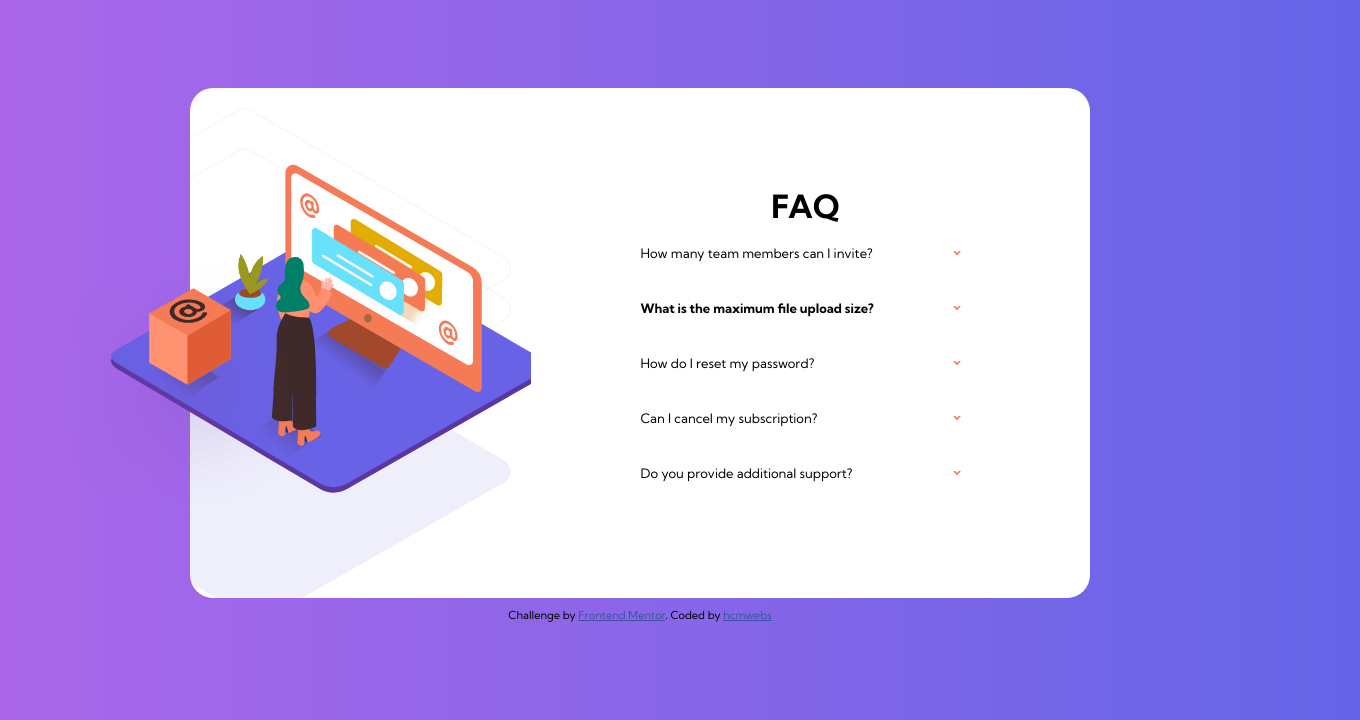
Repository: Hcmwebs/faq-accordion-card
Page: index.html
The author's editor kept a copy of each file at every save. The page is drawn from the files as they stood at one save, then again after the next save.
The browser window is 1280 px wide. The page is 1360 px wide, so the pictures cover 1360 px, including what lies to the right of the window. The pictures show the whole page.
The style sheet was rebuilt from its Sass, Less or Tailwind sources for each picture, by a compiler version that may differ from the author's.

Above is the page before, as saved 2020-11-09 19:34:30.

After the next save:
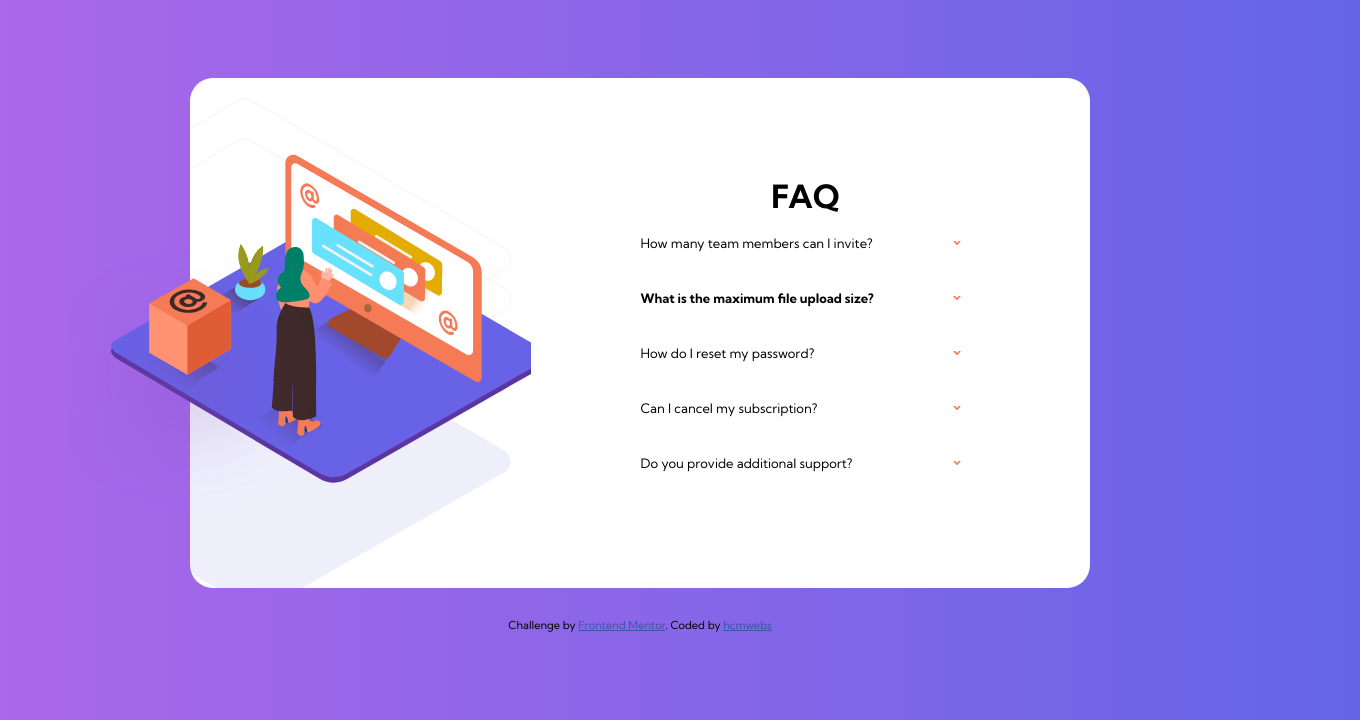
Saved 109 s later.
--- a/scss/_medias.scss
+++ b/scss/_medias.scss
@@ -10,7 +10,8 @@
     .card{
       width: 900px;
       height: 510px;
-      margin: 0;
+      margin-top: 0;
+      margin-bottom: 20px;
       flex-direction: $row;
       background:#fff url(/images/bg-pattern-desktop.svg) no-repeat;
       background-size:contain;

After the save that followed:
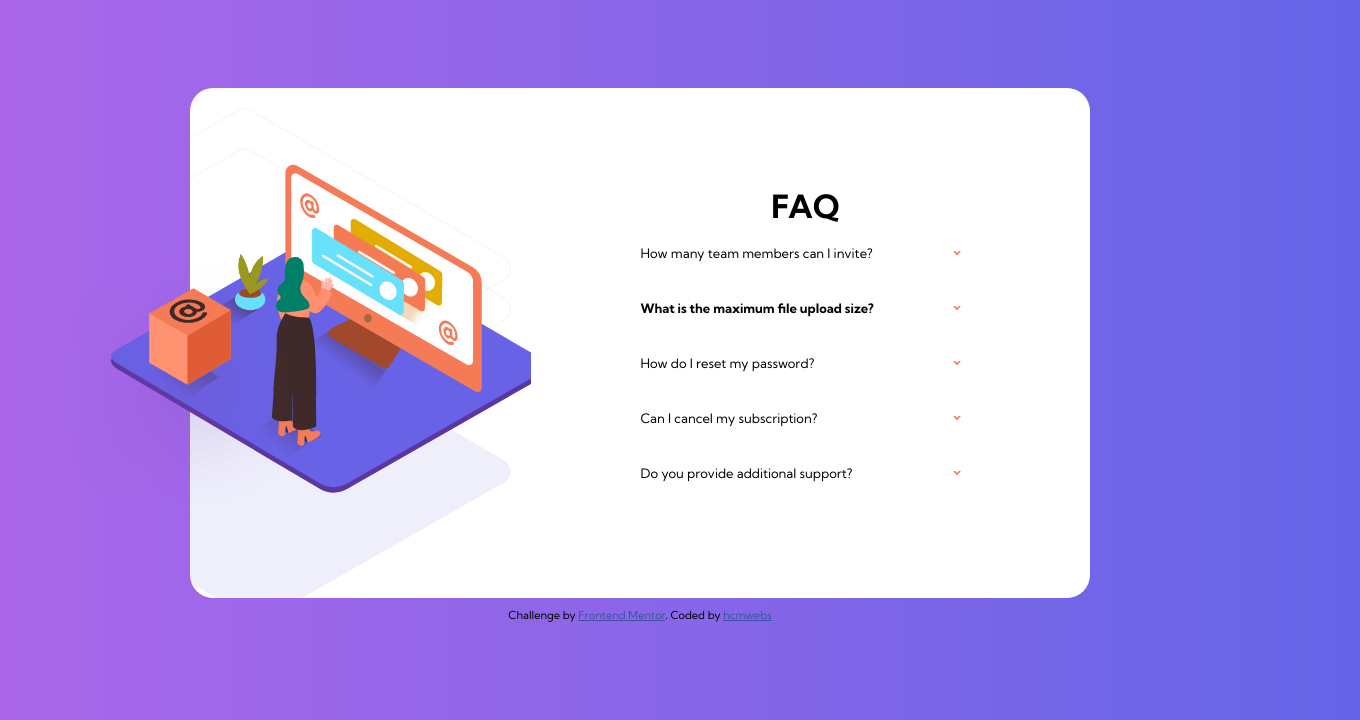
Saved 62 s later.
--- a/scss/_medias.scss
+++ b/scss/_medias.scss
@@ -10,8 +10,7 @@
     .card{
       width: 900px;
       height: 510px;
-      margin-top: 0;
-      margin-bottom: 20px;
+      margin: 0;
       flex-direction: $row;
       background:#fff url(/images/bg-pattern-desktop.svg) no-repeat;
       background-size:contain;
